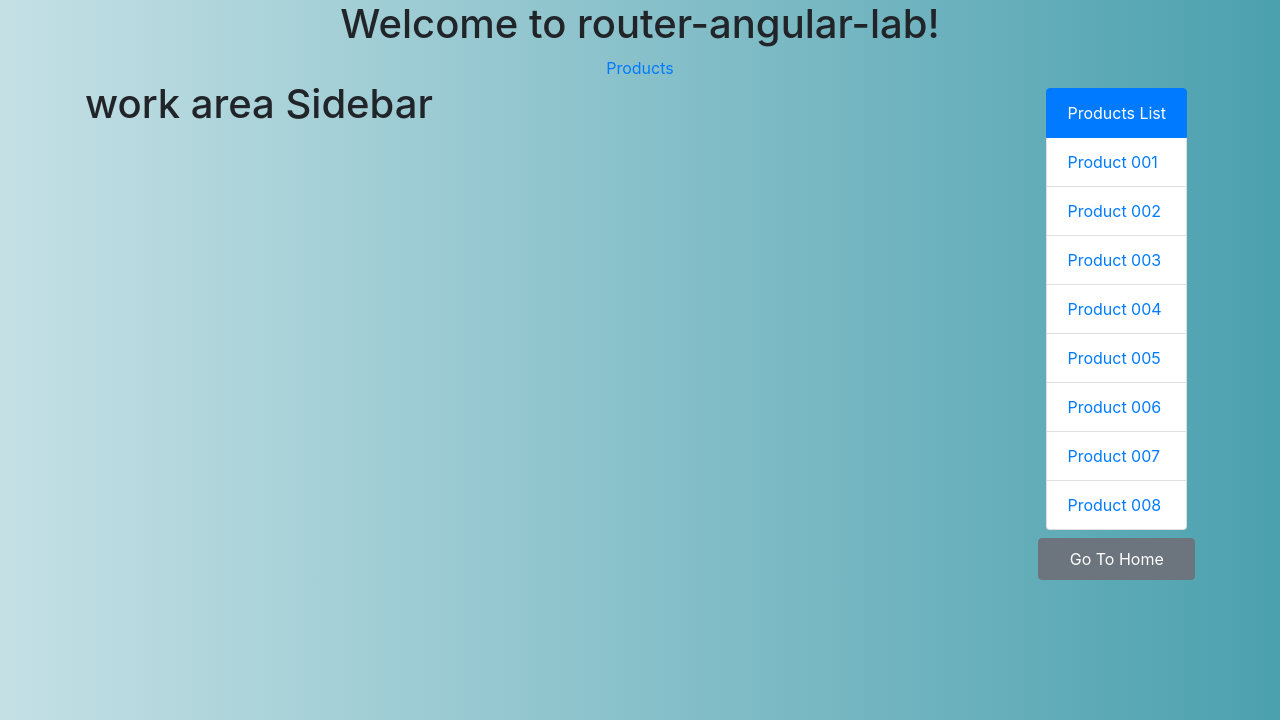
Repository: desalab/router-angular-lab
Page: /products
An editor plug-in stored every save of this project. The page is shown before and after the next save, followed by the edit.
The browser window is 1280 px wide. The pictures show the whole page.
The project was rebuilt for these pictures with package versions that can differ from the ones it lists, and the page was loaded fresh each time. Also part of the build but not shown: angular.json, src/app/product-detail/product-detail.component.ts, src/app/product-list-sidebar/product-list-sidebar.component.ts, src/app/home/home.component.ts.

Above is the page before, as saved 2018-12-06 01:12:55.

After the next save:
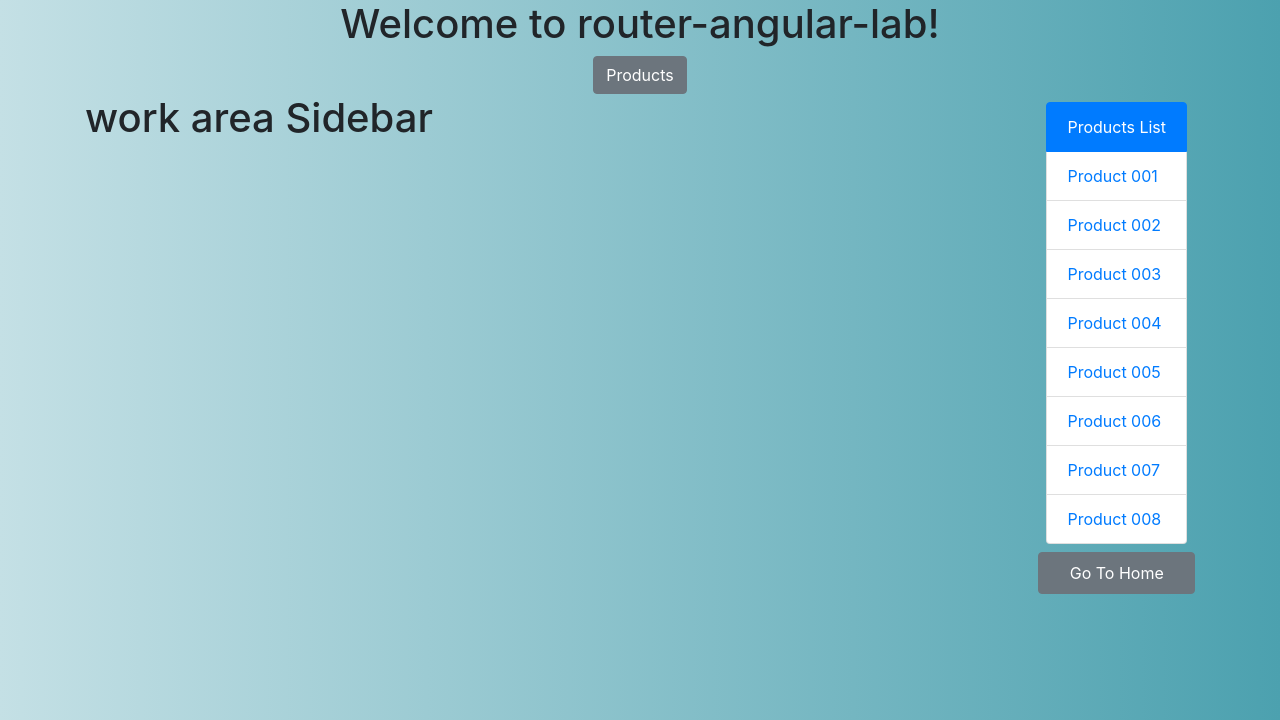
Saved 44 s later.
--- a/src/app/app.component.html
+++ b/src/app/app.component.html
@@ -2,7 +2,7 @@
   <div style="text-align:center">
     <h1>Welcome to {{ title }}!</h1>
 
-    <a
+    <a class="btn btn-secondary"
       [routerLink]="[
         { outlets: { primary: ['products'], sidebar: ['products'] } }
       ]"
